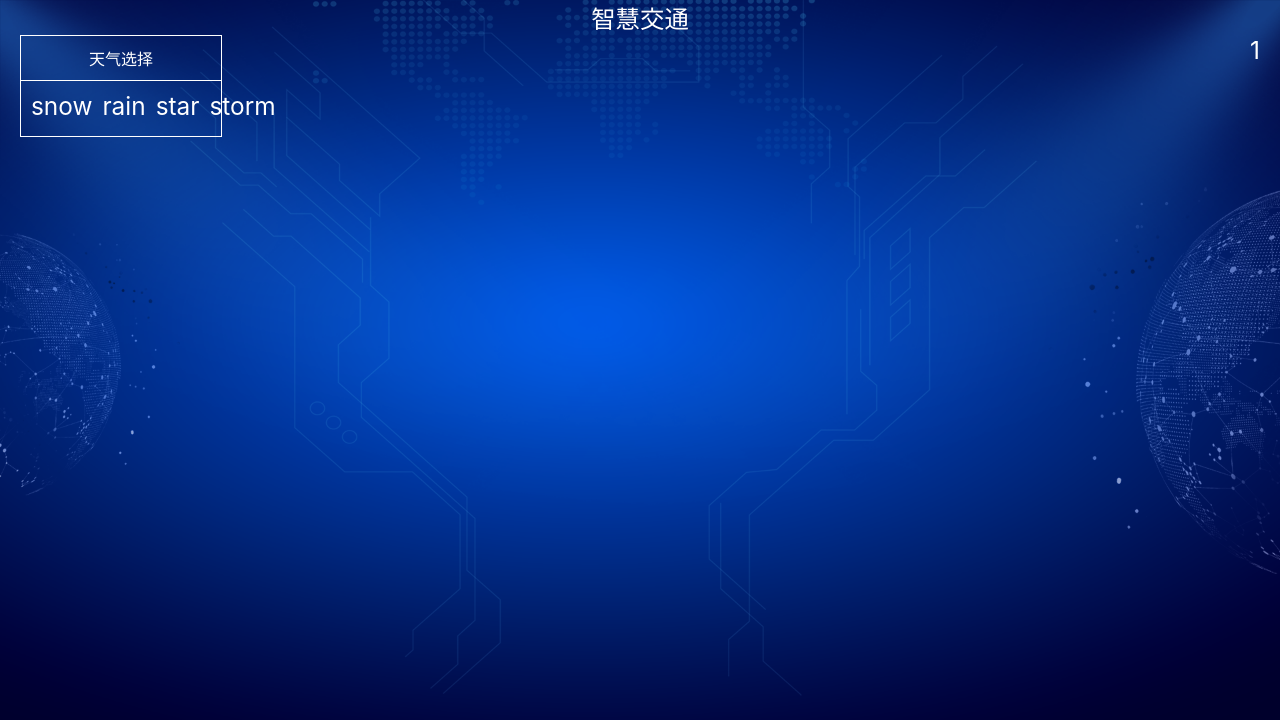
Repository: lizzie7d/smart-traffic
Page: /
An editor plug-in stored every save of this project. The page is shown before and after the next save, followed by the edit.
The browser window is 1280 px wide. The pictures show the whole page.
The project was rebuilt for these pictures with package versions that can differ from the ones it lists, and the page was loaded fresh each time.

Above is the page before, as saved 2023-04-11 17:55:39.

### src/App.js
import "./App.css";
import MainPage from "./pages/main";

function App() {
  return (
    <div className="App">
      <header className="App-header"></header>
      <content className="App-content">
        <MainPage />
      </content>
    </div>
  );
}

export default App;

### src/App.css
.App {
  text-align: center;
}


.App-content {
  /* background-color: #282c34; */
  min-height: 100vh;
  display: flex;
  background-image: url(./assets/bg-image.png);
background-repeat: no-repeat;
background-size: 100%;
  flex-direction: column;
  font-size: calc(10px + 2vmin);
  color: white;
}


.App-link {
  color: #61dafb;
}

@keyframes App-logo-spin {
  from {
    transform: rotate(0deg);
  }
  to {
    transform: rotate(360deg);
  }
}

### src/pages/main.jsx
import React from 'react';
import './style.css'
import DetailSection from '../component/DetailSection/detail';
const MainPage = () => {
    return (
        <div className="main-container">
            <div className="main-title">
                智慧交通

            </div>
            <div className="main-content">
                <div>
                    <DetailSection />
                </div>
                <div>1</div>
            </div>
        </div>
    )
}
export default MainPage;

### src/pages/style.css
.main-container{

height: 100%;
width: 100%;
}

.main-content{
    padding: 0px 20px;
    display: flex;
    flex-direction: row;
    justify-content: space-between;
    gap: 10px;
}

.detail-section{
    border: 1px solid #fff;
    height: 100px;
    width: 200px;
}

.detail-title{
    font-size: 16px;
    border-bottom: 1px solid #fff;
    padding: 10px;
}

.weather-icon {
    padding: 10px;
    display: flex;
    flex-direction: row;
    gap:10px
}

### src/component/DetailSection/detail.jsx
import { CloudOutlined, ThunderboltOutlined } from "@ant-design/icons";

const DetailSection = () => {
    return (
        <div className="detail-section">
            <div className='detail-title'>天气选择</div>
            <div className="weather-icon">
                {/* <CloudOutlined />
                <ThunderboltOutlined /> */}
                <div>snow</div>
                <div>rain</div>
                <div>star</div>
                <div>storm</div>
            </div>

        </div>
    )
}
export default DetailSection;

Loaded but not shown: public/index.html (common file); src/index.js (common file); src/index.css (common file); src/reportWebVitals.js (common file)

After the next save:
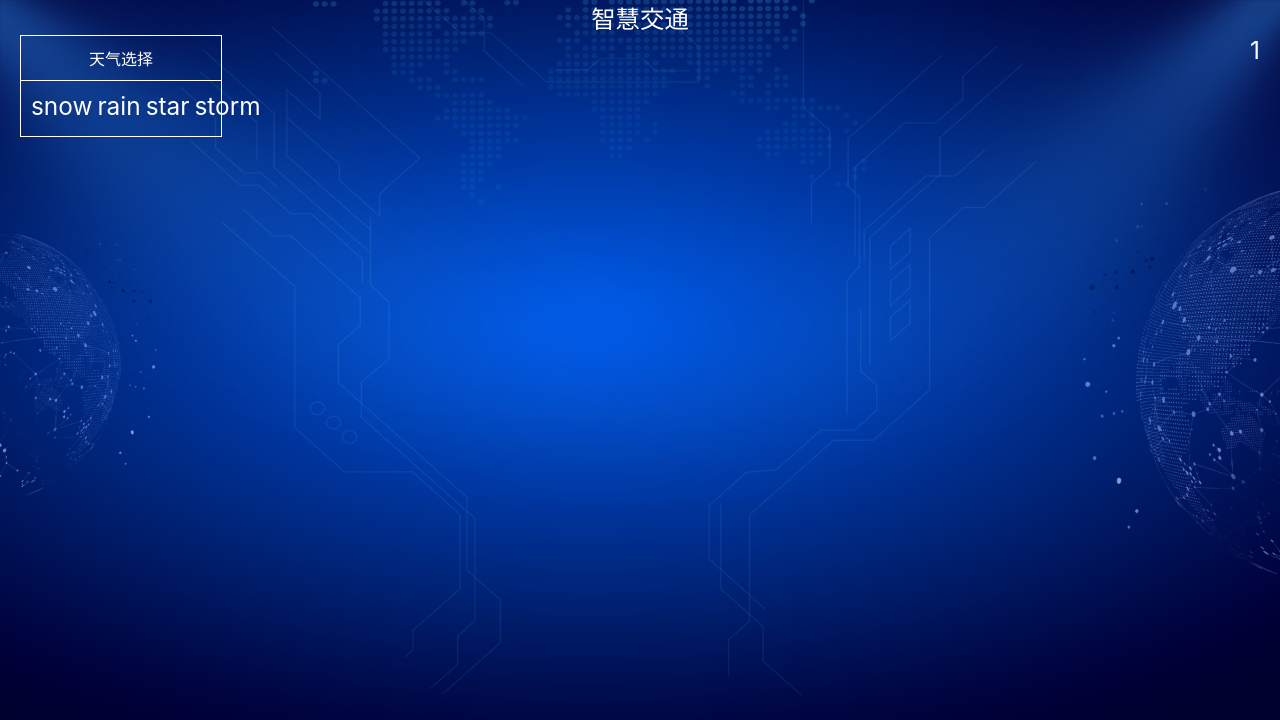
Saved 13 s later.
--- a/src/pages/style.css
+++ b/src/pages/style.css
@@ -28,5 +28,5 @@ width: 100%;
     padding: 10px;
     display: flex;
     flex-direction: row;
-    gap:10px
+    gap:5px
 }
